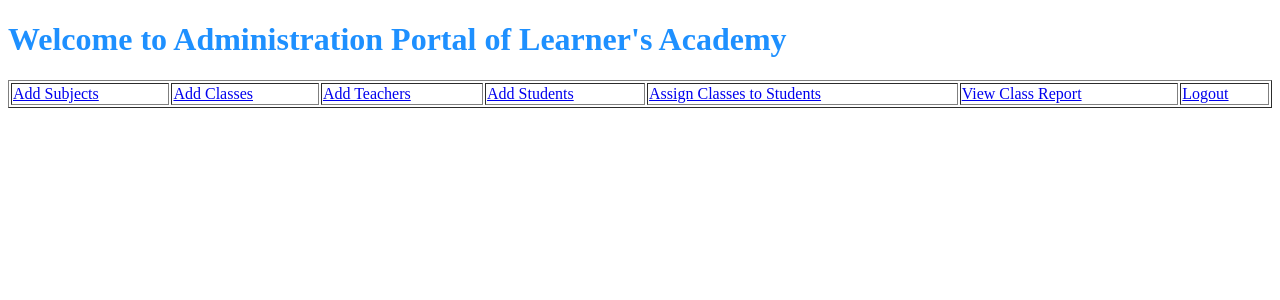
Repository: govardhan71/Learners-Academy-Project-Phase-2
Page: http://localhost/LearnersAcademyPhase-2/learnersacademy.jsp
These files come from the project's save history. The page is drawn as it stood at one moment and after the next save; the edit follows.
The browser window is 1280 px wide. The pictures show the whole page.
The page is served by Tomcat 9.

Above is the page before, as saved 2021-06-02 11:24:39.

After the next save:
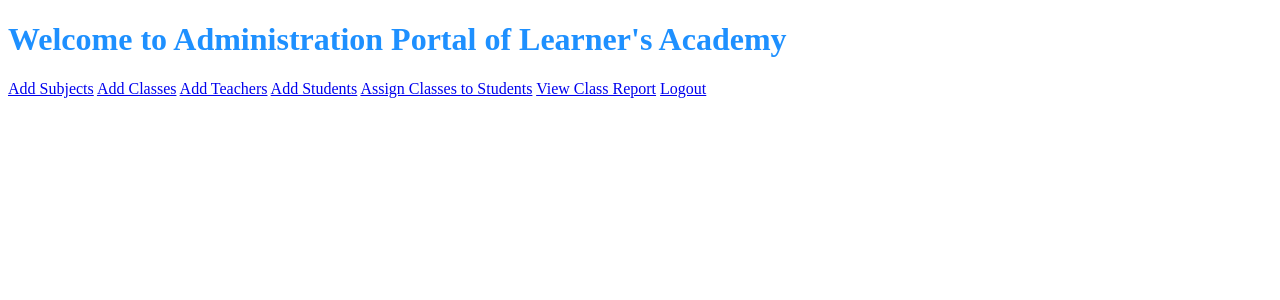
Saved 9 min 43 s later.
--- a/LearnersAcademyPhase-2/WebContent/learnersacademy.jsp
+++ b/LearnersAcademyPhase-2/WebContent/learnersacademy.jsp
@@ -9,21 +9,20 @@
 <body>
 
 <h1 style="color:DodgerBlue;"> Welcome to Administration Portal of Learner's Academy</h1>
-<table border="1" width="100%">
- <tr><td><a href=addsubject.jsp>Add Subjects</a></td>
 
-<td> <a href=addclasses.jsp>Add Classes</a></td>
+ <a href=addsubject.jsp>Add Subjects</a>
 
- <td><a href=addteachers.jsp>Add Teachers</a></td>
+ <a href=addclasses.jsp>Add Classes</a>
 
- <td><a href=addstudents.jsp>Add Students</a></td>
+ <a href=addteachers.jsp>Add Teachers</a>
 
-<td> <a href=submitclassreport.jsp>Assign Classes to Students</a></td>
+ <a href=addstudents.jsp>Add Students</a>
 
- <td> <a href=viewreport.jsp>View Class Report</a></td>
+<a href=submitclassreport.jsp>Assign Classes to Students</a>
 
-  <td><a href=logout.jsp>Logout</a></td></tr>
- </table>
+  <a href=viewreport.jsp>View Class Report</a>
+
+  <a href=logout.jsp>Logout</a>
 
 
 </body>
